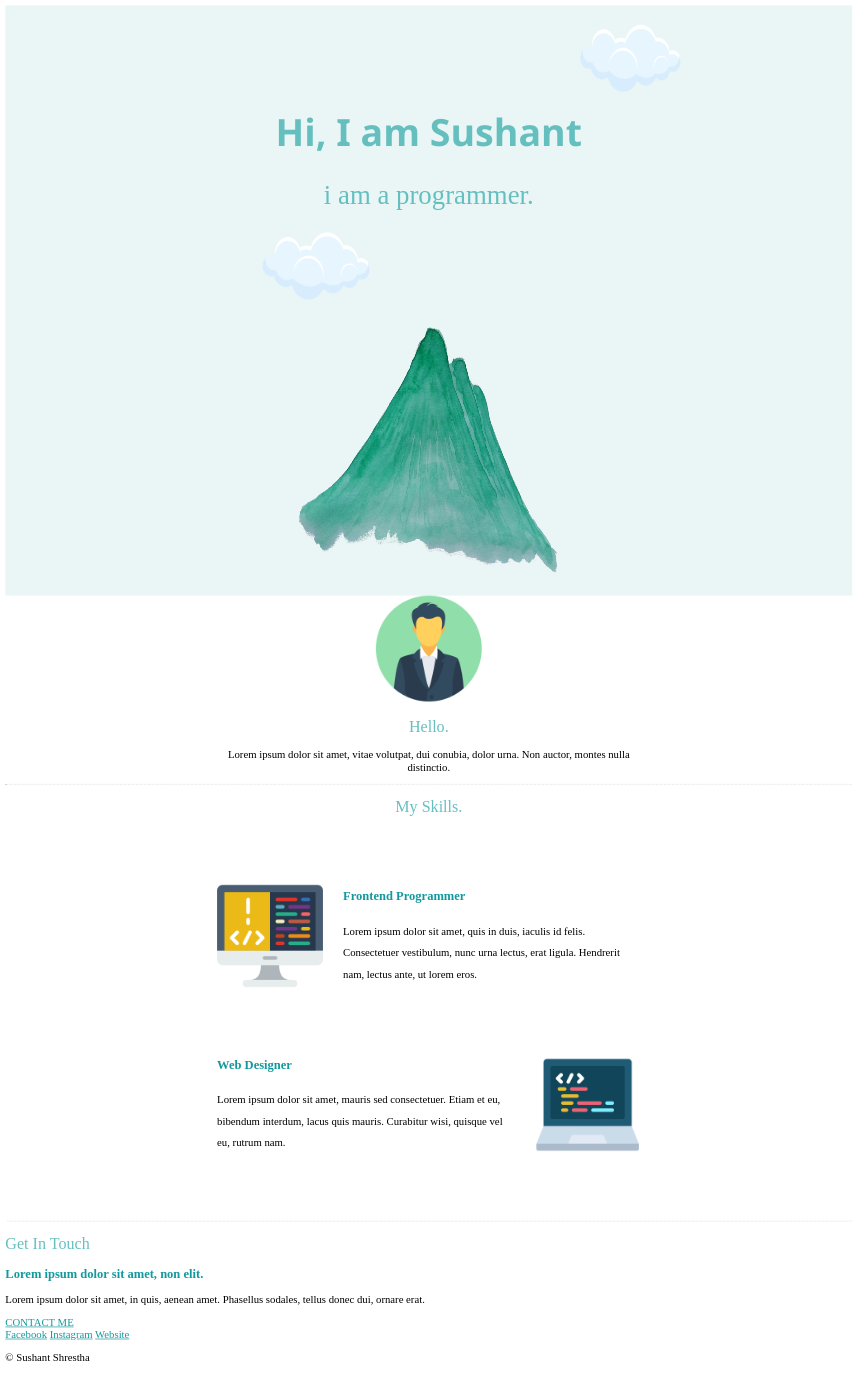
Repository: Sushant203/myPersonalSite
Page: index.html
The author's editor kept a copy of each file at every save. The page is drawn from the files as they stood at one save, then again after a run of saves.
The browser window is 1280 px wide. The pictures show the whole page, at 67% of full size.

Above is the page before, as saved 2022-12-13 18:59:39.

After the next 4 saves:
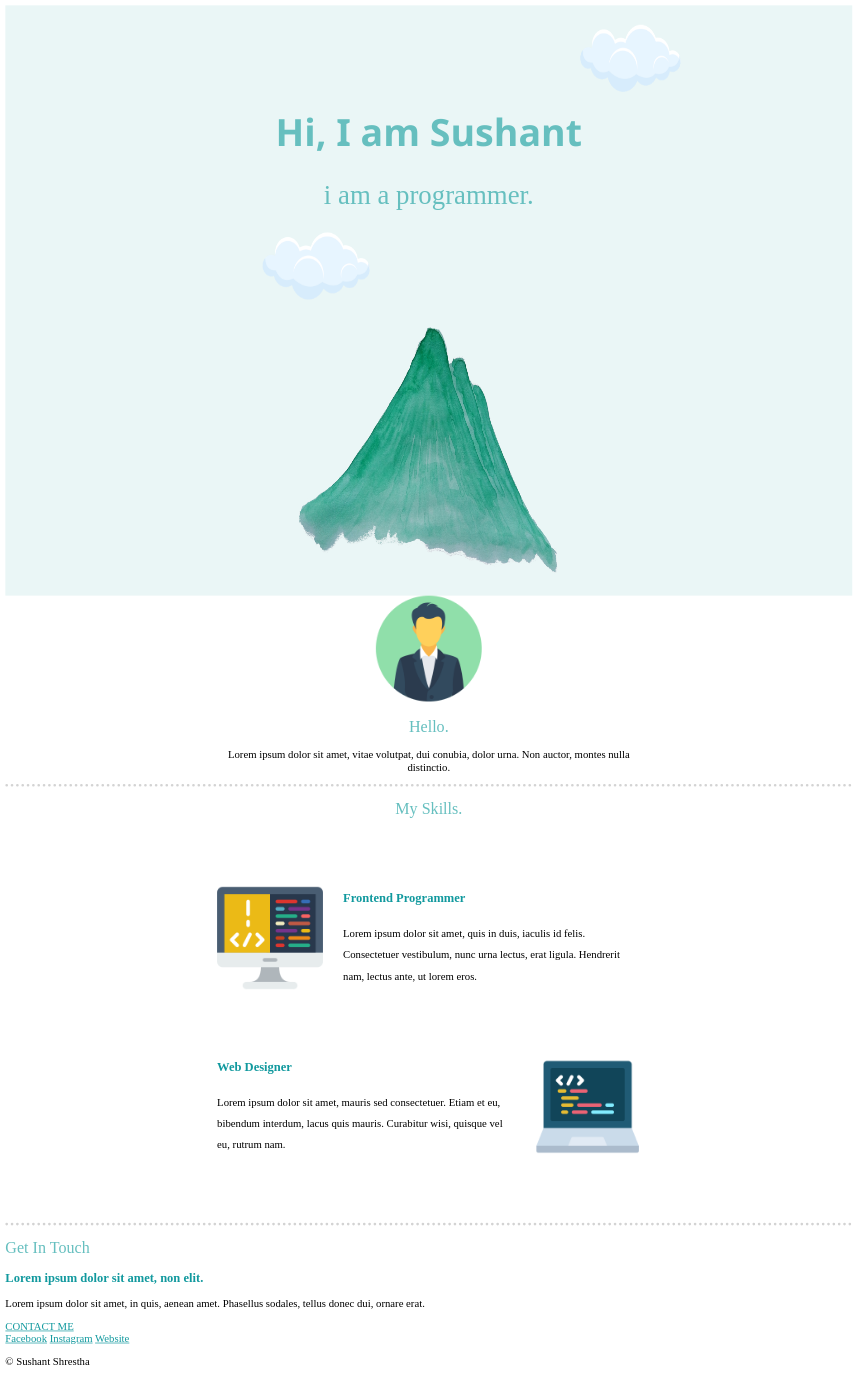
The 4 saves are shown as one change because they came seconds apart.
The last was saved 8 s later.
--- a/css/style.css
+++ b/css/style.css
@@ -81,7 +81,8 @@ h3,a{
 hr{
     border-style: none none dotted;
     border-color: lightgrey;
-    border-width: ;
+    border-width: 4px;
+    width: ;
 
 }
 
